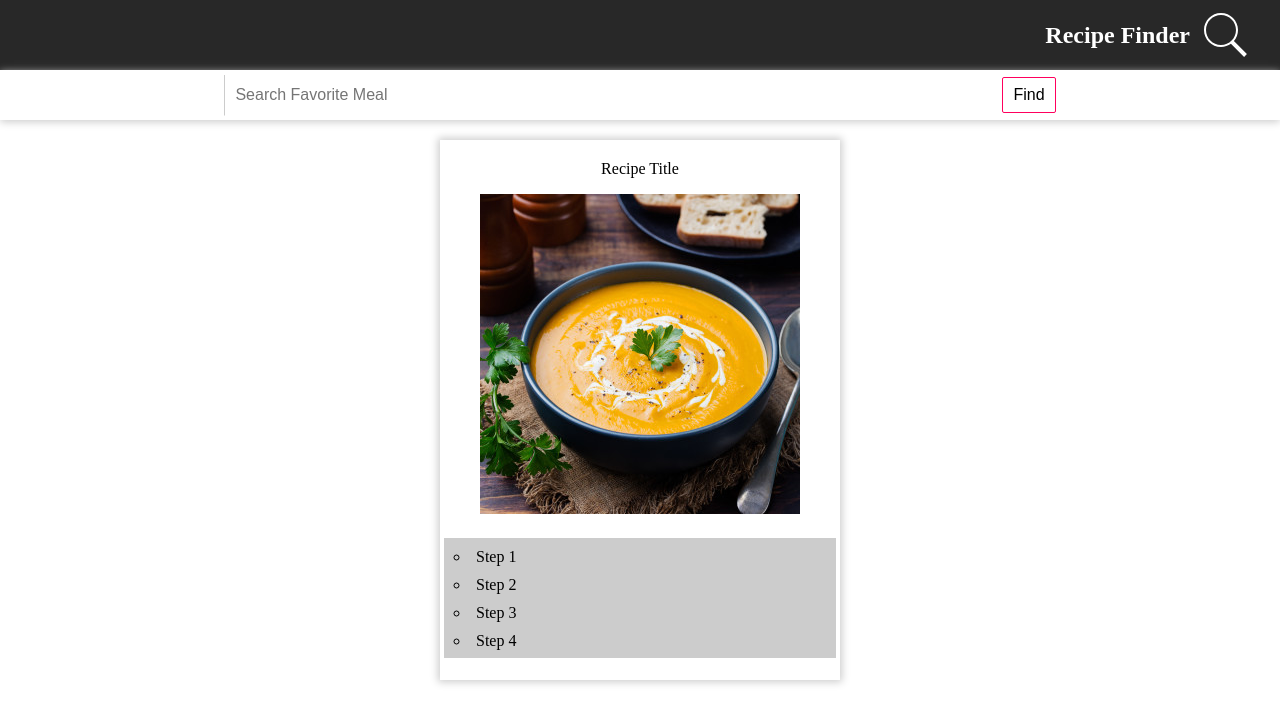
Repository: burntaftermint/recipes
Page: index.html
These files come from the project's save history. The page is drawn as it stood at one moment and after the next save; the edit follows.
The browser window is 1280 px wide. The pictures show the whole page.
The pointer rests on the first visible `.recipe`.

Above is the page before, as saved 2023-11-06 05:03:12.

After the next save:
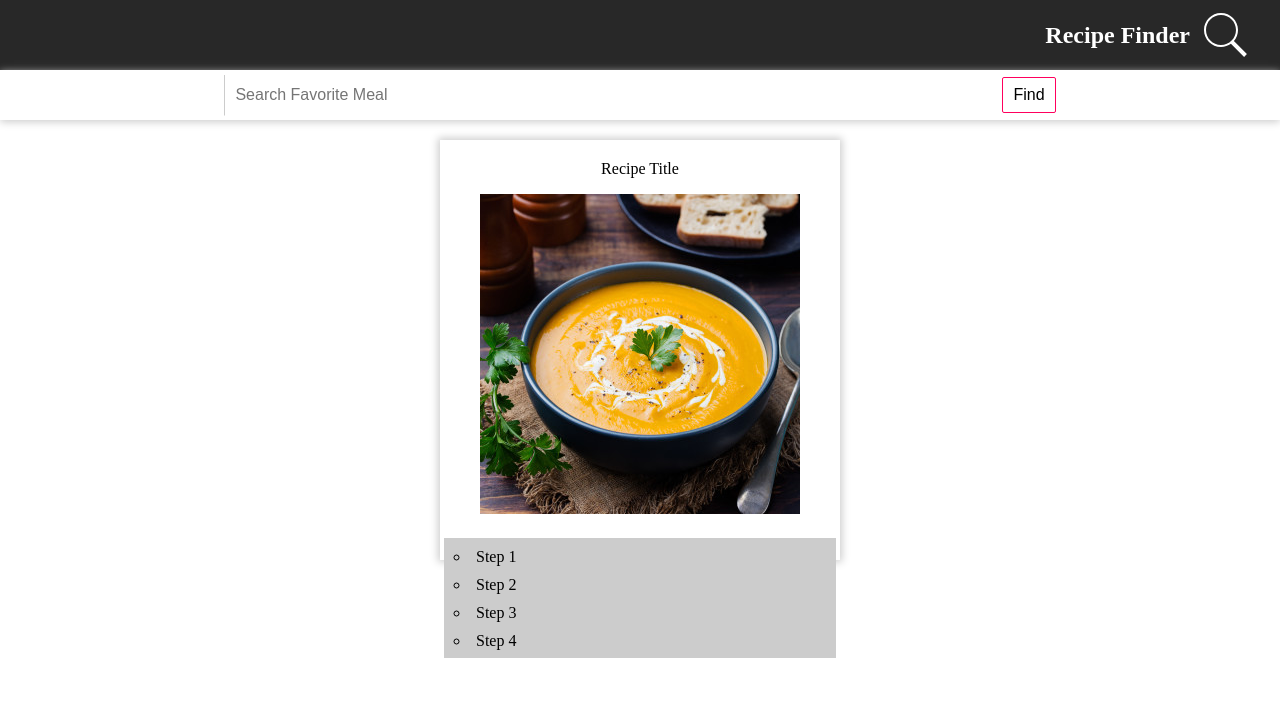
Saved 29 s later.
--- a/style.css
+++ b/style.css
@@ -142,5 +142,5 @@ header img {
 }
 
 .recipe:hover{
-    height: 540px;
+    height: 420px;
 }
